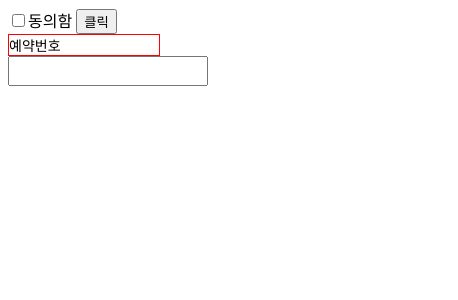
Repository: mekeyace/portfolio
Page: http://localhost/web/check.jsp
The author's editor kept a copy of each file at every save. The page is drawn from the files as they stood at one save, then again after the next save.
The browser window is 375 px wide. The page is 375 px wide, then 458 px, so the pictures cover 458 px, including what lies to the right of the window. The pictures show the whole page.
The page is served by Tomcat 9.

Above is the page before, as saved 2023-06-22 02:49:17.

After the next save:
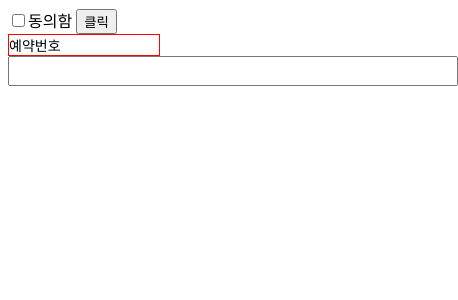
Saved 9 s later.
--- a/maven/web/src/main/webapp/check.jsp
+++ b/maven/web/src/main/webapp/check.jsp
@@ -14,8 +14,7 @@ box-sizing: border-box;
 }
 @media screen and (min-width:340px) and (max-width:560px){
 .ins {
-min-width:200px;
-max-width:450px;
+min-width:450px;
 height:30px;
 box-sizing: border-box;
 }
